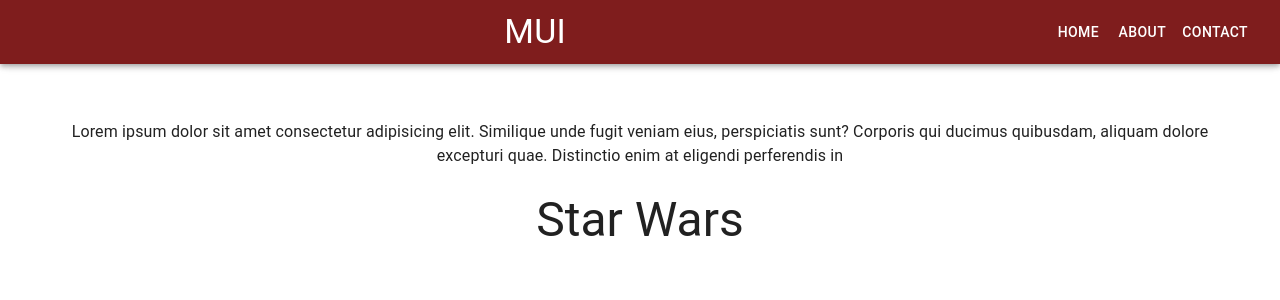
Repository: marianozamora/lisit-challenge
Page: /
An editor plug-in stored every save of this project. The page is shown before and after the next save, followed by the edit.
The browser window is 1280 px wide. The pictures show the whole page.
The page's requests for data from a server got no answer. The project was rebuilt for these pictures with package versions that can differ from the ones it lists, and the page was loaded fresh each time. Some packages were replaced by stand-ins written for this rebuild. No one was signed in, and anything a server would have sent is missing. Also part of the build but not shown: vite.config.ts, src/components/Pagination.tsx.

Above is the page before, as saved 2023-05-11 00:36:03.

After the next save:
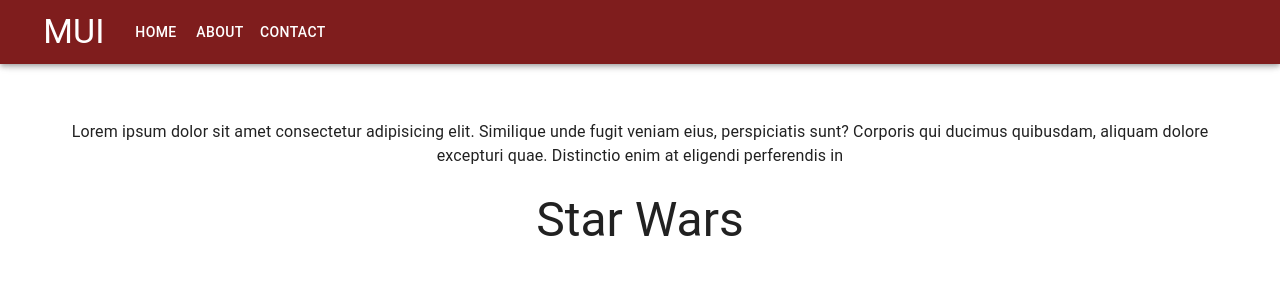
Saved 2 min 17 s later.
--- a/src/components/Header.tsx
+++ b/src/components/Header.tsx
@@ -61,7 +61,7 @@
                 variant="h4"
                 component="div"
                 className="text-white w-[100px]"
-                sx={{ flexGrow: 1, display: { xs: 'none', sm: 'block' } }}
+                sx={{ display: { xs: 'none', sm: 'block' } }}
                 >
                 MUI
                 </Typography>
